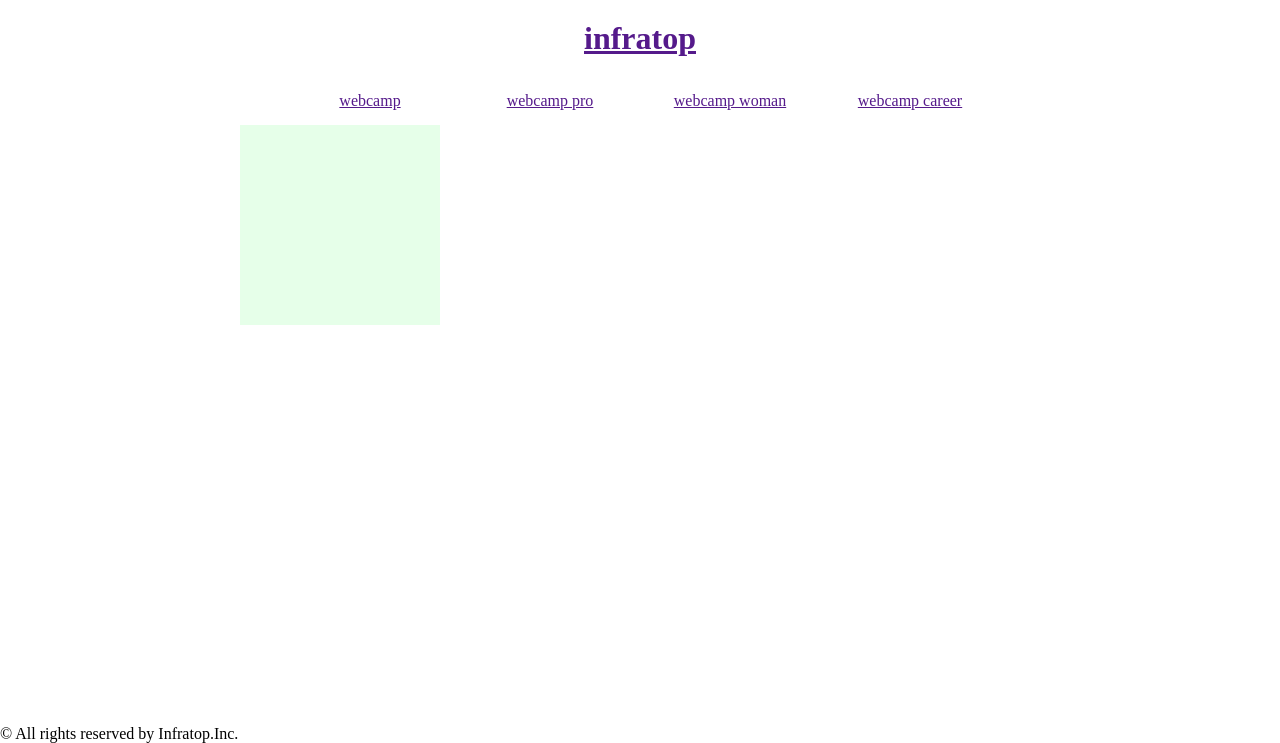
Repository: sutanuki/webcamp
Page: html,css/c5/index.html
The author's editor kept a record of every edit. The page is drawn from the files as they stood at one moment, then again after the next edit.
The browser window is 1280 px wide. The pictures show the whole page.

Above is the page before.

### html,css/c5/index.html
<!DOCTYPE html>
<html>
  <head>
    <meta http-equiv="content-type" content="text/html; charset=utf-8" />
    <title>`substitute(Filename('', 'Page Title'), '^.', '\u&', '')`</title>
    <link rel="stylesheet" href="style.css">
  </head>
  <body>
    <header>
      <h1><a href="">infratop</a></h1>
      <nav>
        <ul>
          <li><a href="">webcamp</a></li>
          <li><a href="">webcamp pro</a></li>
          <li><a href="">webcamp woman</a></li>
          <li><a href="">webcamp career</a></li>
        </ul>
      </nav>
    </header>
    <main>
      <div class="box1"></div>
      <div class="box2"></div>
      <div class="box3"></div>
      <div class="box4"></div>
      <div class="box5"></div>
      <div class="box6"></div>
      <div class="box7"></div>
      <div class="box8"></div>
      <div class="box9"></div>
      <div class="box10"></div>
      <div class="box11"></div>
      <div class="box12"></div>
    </main>
    <footer>
      <p>&copy All rights reserved by Infratop.Inc.</p>
    </footer>
  </body>
</html>

### html,css/c5/style.css
* {
  margin: 0;
  padding: 0;
  box-sizing: border-box;
}
header{
  width: 100%;
}
header h1{
  margin: 20px 0;
  text-align: center
}
nav ul{
  display: flex;
  justify-content: center;
  list-style: none;
}
nav ul li{
  width: 140px;
  margin: 15px 20px;
  text-align: center;
}
main{
  display: flex;
  width: 800px;
  height: 600px;
  flex-wrap: wrap;
  margin: 0 auto;

}
main div{
  width: 200px;
  height: 200px;
}
.box1{
  background-color: #e6ffe9;
}
.box2{
  background-color: ;
}
.box3{
  background-color: ;
}
.box4{
  background-color: ;
}
.box5{
  background-color: ;
}
.box6{
  background-color: ;
}
.box7{
  background-color: ;
}
.box8{
  background-color: ;
}
.box9{
  background-color: ;
}
.box10{
  background-color: ;
}
.box11{
  background-color: ;
}
.box12{
  background-color: ;
}

After the next edit:
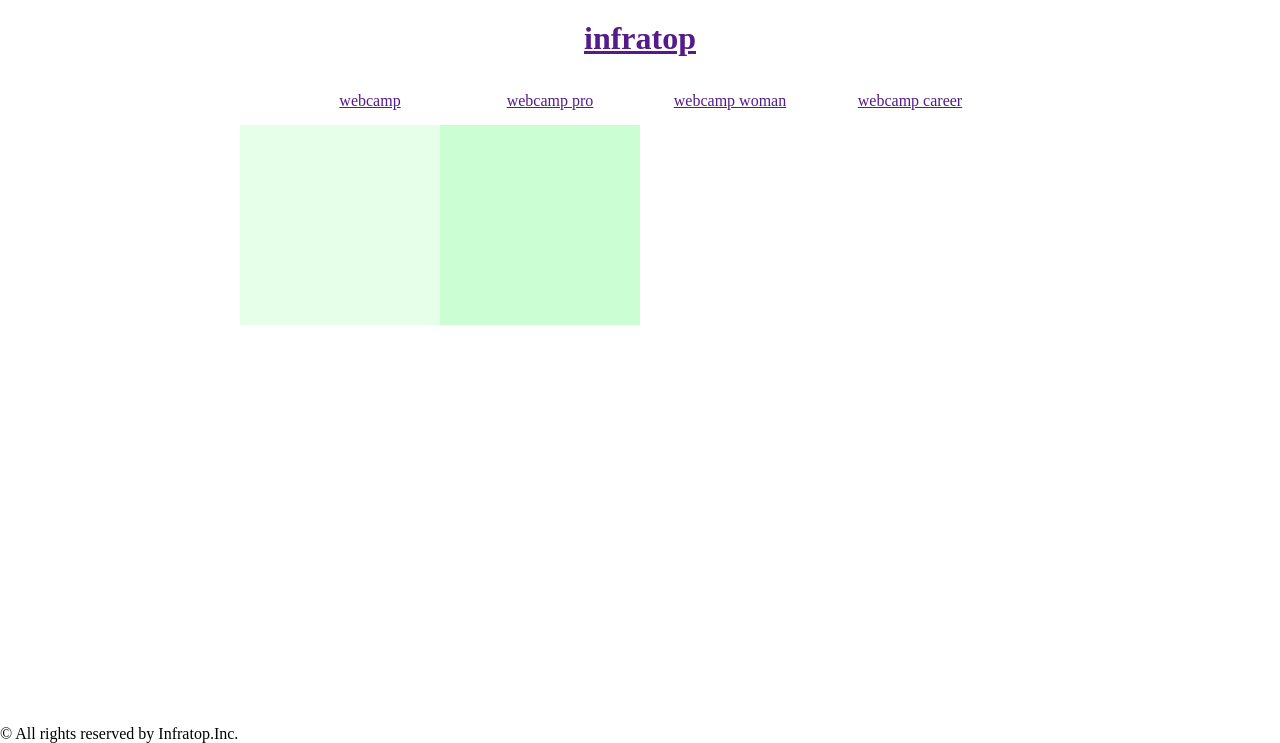
The edit:
--- a/html,css/c5/style.css
+++ b/html,css/c5/style.css
@@ -36,7 +36,7 @@
   background-color: #e6ffe9;
 }
 .box2{
-  background-color: ;
+  background-color: #cbffd3;
 }
 .box3{
   background-color: ;
